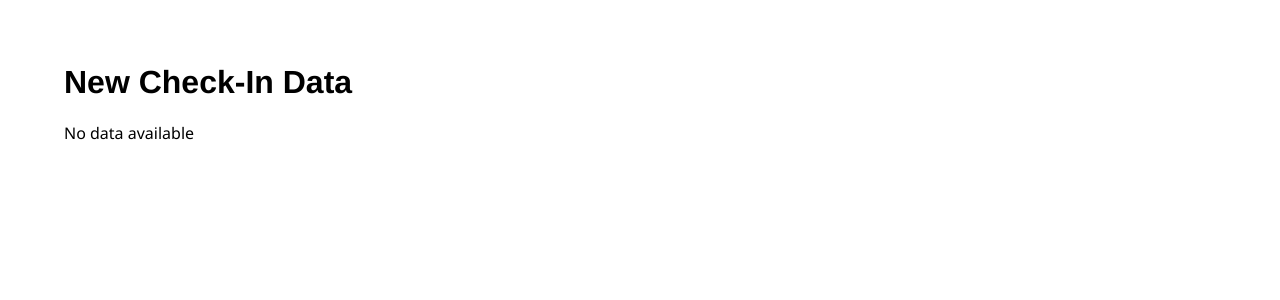
Repository: kaizoku010/mirrorscreenapp
Page: /validate
An editor plug-in stored every save of this project. The page is shown before and after a run of saves, followed by the edit.
The browser window is 1280 px wide. The pictures show the whole page.
The project was rebuilt for these pictures with package versions that can differ from the ones it lists, and the page was loaded fresh each time. Also part of the build but not shown: src/App.js, src/atoms/printMe.css, src/temps/TicketTemplate.js, src/atoms/PrintMe.js, src/operations/firebase.js, src/atoms/homeAtom.css, src/atoms/HomeAtom.js, src/Sections/Home.js.

Above is the page before, as saved 2024-06-18 04:01:03.

### public/index.html
<!DOCTYPE html>
<html lang="en">
  <head>
    <meta charset="utf-8" />
    <link rel="icon" href="%PUBLIC_URL%/favicon.ico" />
    <meta name="viewport" content="width=device-width, initial-scale=1" />
    <meta name="theme-color" content="#000000" />
    <meta
      name="description"
      content="Web site created using create-react-app"
    />
    <link rel="apple-touch-icon" href="%PUBLIC_URL%/logo192.png" />
    <!--
      manifest.json provides metadata used when your web app is installed on a
      user's mobile device or desktop. See https://developers.google.com/web/fundamentals/web-app-manifest/
    -->
    <link rel="manifest" href="%PUBLIC_URL%/manifest.json" />
    <!--
      Notice the use of %PUBLIC_URL% in the tags above.
      It will be replaced with the URL of the `public` folder during the build.
      Only files inside the `public` folder can be referenced from the HTML.

      Unlike "/favicon.ico" or "favicon.ico", "%PUBLIC_URL%/favicon.ico" will
      work correctly both with client-side routing and a non-root public URL.
      Learn how to configure a non-root public URL by running `npm run build`.
    -->
    <script src="https://unpkg.com/piesocket-js@5"></script>
    <title>Mirror App</title>
  </head>
  <body>
    <noscript>You need to enable JavaScript to run this app.</noscript>
    <div id="root"></div>
    <!--
      This HTML file is a template.
      If you open it directly in the browser, you will see an empty page.

      You can add webfonts, meta tags, or analytics to this file.
      The build step will place the bundled scripts into the <body> tag.

      To begin the development, run `npm start` or `yarn start`.
      To create a production bundle, use `npm run build` or `yarn build`.
    -->
  </body>
</html>

### src/index.js
import React from 'react';
import ReactDOM from 'react-dom/client';
import './index.css';
import App from './App';
import reportWebVitals from './reportWebVitals';
import {
  createBrowserRouter,
  RouterProvider,
} from "react-router-dom";
import Root from './Sections/Home';
import Validate_ from './atoms/Valuser';


const router = createBrowserRouter([
  {
    path: "*",
    element: <Root/>,

  },

  {
    path:"validate",
    element:<Validate_/>
  }
]);


const root = ReactDOM.createRoot(document.getElementById('root'));
root.render(
  <React.StrictMode>
    <RouterProvider router={router} />
  </React.StrictMode>
);

// If you want to start measuring performance in your app, pass a function
// to log results (for example: reportWebVitals(console.log))
// or send to an analytics endpoint. Learn more: https://bit.ly/CRA-vitals
reportWebVitals();

### src/index.css
body {
  margin: 0;
  font-family: "WF Visual Sans","Tanker Regular";
  -webkit-font-smoothing: antialiased;
  -moz-osx-font-smoothing: grayscale;
}

code {
  font-family: source-code-pro, Menlo, Monaco, Consolas, 'Courier New',
    monospace;
}


p{
  margin: 0 !important;
  font-family: 'Segoe UI', Tahoma, Geneva, Verdana, sans-serif;
}

### src/atoms/Valuser.js
import React from 'react';
import { useLocation } from 'react-router-dom';
import "./valuser.css"
function Valuser() {
  const location = useLocation();
  const data = location.state?.data;

  console.log("data from scanner: ", data);

  return (
    <div className='card-data'>
      <h1 className='new-data-header'>New Check-In Data</h1>
      {data ? (
        <div className='card-holder'>
        <img className='user-image' src={data.image} alt="Attendee" />
<div className='card-right-side'>
    <p><strong>Name:</strong> {data.name}</p>
          <p><strong>Email:</strong> {data.email}</p>
          <p><strong>Occupation:</strong> {data.occupation}</p>
          <p><strong>Office:</strong> {data.office}</p>
          <p><strong>Phone Number:</strong> {data.phonenumber}</p>
</div>

          {/* <p><strong>Selected Event:</strong> {data.selectedEvent}</p> */}
        </div>
      ) : (
        <p>No data available</p>
      )}
    </div>
  );
}

export default Valuser;

### src/atoms/valuser.css
.user-image{
    width: 20%;
}

.card-holder{
    display: flex;
}

.card-right-side{
    margin-left: 5%;
}

.new-data-header{
    font-family: 'Franklin Gothic Medium', 'Arial Narrow', Arial, sans-serif;

}

.card-data{
    margin: 5%;
}

Loaded but not shown: src/reportWebVitals.js (common file); src/temps/TicketTemplate.css (no stored copy; drawn as an empty file)

After the next 2 saves:
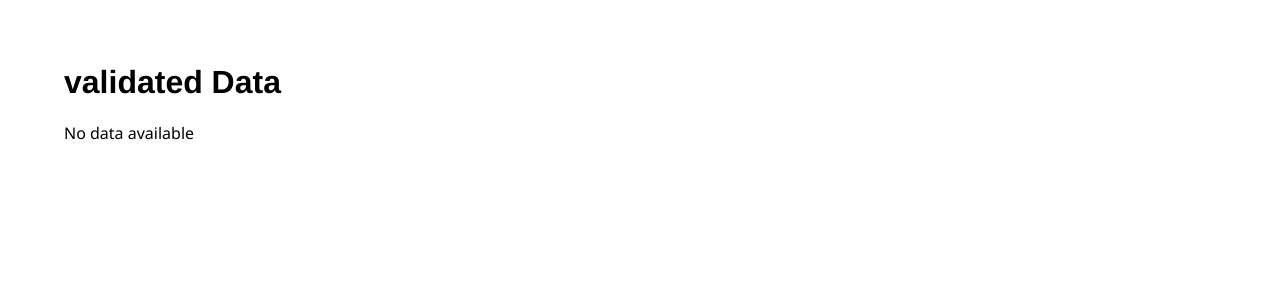
The 2 saves are shown as one change because they came seconds apart.
The last was saved 2 min 22 s later.
--- a/src/atoms/Valuser.js
+++ b/src/atoms/Valuser.js
@@ -9,7 +9,7 @@ function Valuser() {
 
   return (
     <div className='card-data'>
-      <h1 className='new-data-header'>New Check-In Data</h1>
+      <h1 className='new-data-header'>validated Data</h1>
       {data ? (
         <div className='card-holder'>
         <img className='user-image' src={data.image} alt="Attendee" />
